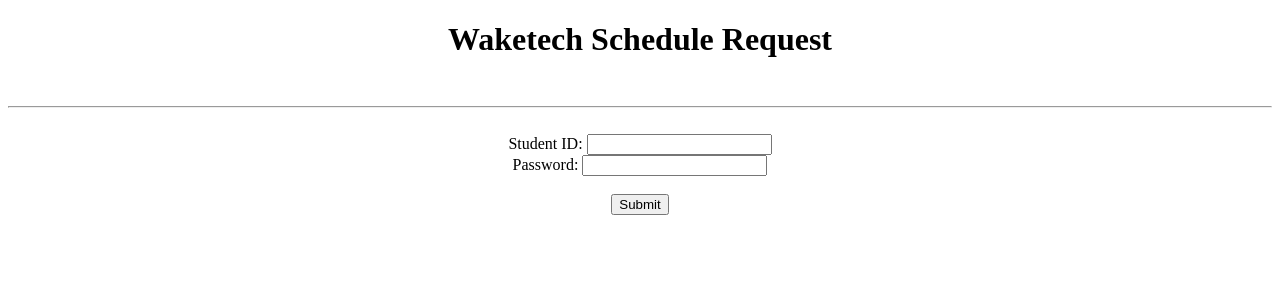
Repository: weshayutin/java258Online
Page: workspace/Week1Assignment/WebContent/week1.html
The author's editor kept a copy of each file at every save. The page is drawn from the files as they stood at one save, then again after the next save.
The browser window is 1280 px wide. The pictures show the whole page.

Above is the page before, as saved 2011-01-23 20:12:55.

### workspace/Week1Assignment/WebContent/week1.html
<!DOCTYPE html PUBLIC "-//W3C//DTD HTML 4.01 Transitional//EN" "http://www.w3.org/TR/html4/loose.dtd">
<html>
<head>
<meta http-equiv="Content-Type" content="text/html; charset=UTF-8">
<title>Waketech Schedule Request</title>
</head>
<body>
<h1 align="center"> Waketech Schedule Request</h1>
<br>
<hr/>
<br>
<center>



<form action="schedule">
	Student ID: <input type="text" name="name"/><br>
	Password: <input type="password" name="password"/><br/><br/>

	<center>
	 	<input type="submit"/>
	</center>
</form>
</center>
</body>
</html>

After the next save:
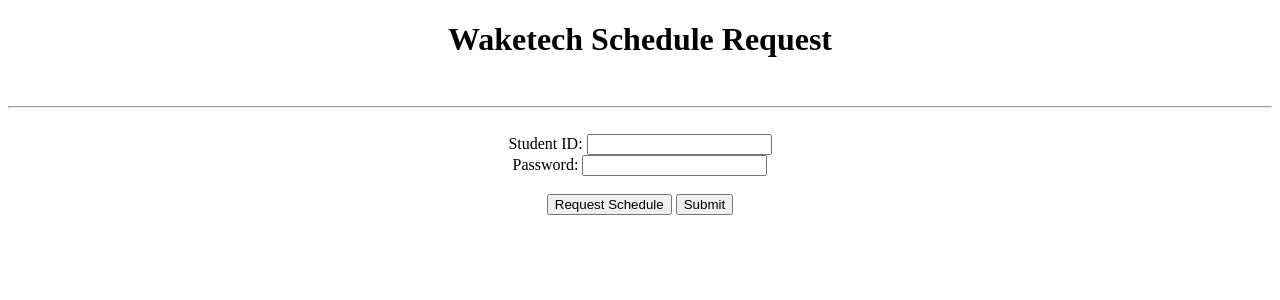
Saved 2 min 23 s later.
--- a/workspace/Week1Assignment/WebContent/week1.html
+++ b/workspace/Week1Assignment/WebContent/week1.html
@@ -17,9 +17,9 @@
 	Student ID: <input type="text" name="name"/><br>
 	Password: <input type="password" name="password"/><br/><br/>
 
-	<center>
-	 	<input type="submit"/>
-	</center>
+	<button> Request Schedule </button>
+	 <input type="submit" Request Schedule/>
+
 </form>
 </center>
 </body>
